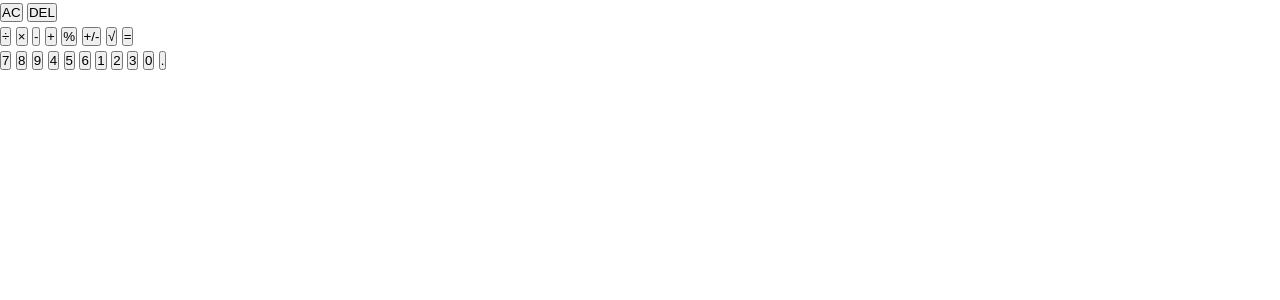
Repository: MikkyPrestige/js-calculator
Page: index.html
An editor plug-in stored every save of this project. The page is shown before and after the next save, followed by the edit.
The browser window is 1280 px wide. The pictures show the whole page.

Above is the page before, as saved 2023-05-08 00:48:02.

### index.html
<!DOCTYPE html>
<html lang="en">

<head>
  <meta charset="UTF-8">
  <meta http-equiv="X-UA-Compatible" content="IE=edge">
  <meta name="viewport" content="width=device-width, initial-scale=1.0">
  <title>JavaScript Calculator</title>
  <link rel="stylesheet" href="./index.css">
  <!-- <script src="script.js" defer></script> -->
</head>

<body>
  <main>
    <section class="caluculator">
      <div class="output">
        <div class="output--curr"></div>
        <div class="output--prev"></div>
      </div>
      <div class="btns">
        <div class="btn--ctrls">
          <button class="btn btn--clear">AC</button>
          <button class="btn btn--del">DEL</button>
        </div>
        <div class="btn--ops">
          <button class="btn btn--op">÷</button>
          <button class="btn btn--op">×</button>
          <button class="btn btn--op">-</button>
          <button class="btn btn--op">+</button>
          <button class="btn btn--op">%</button>
          <button class="btn btn--op">+/-</button>
          <button class="btn btn--op">√</button>
          <button class="btn btn--op">=</button>
        </div>
        <div class="btn--nums">
          <button class="btn btn--num">7</button>
          <button class="btn btn--num">8</button>
          <button class="btn btn--num">9</button>
          <button class="btn btn--num">4</button>
          <button class="btn btn--num">5</button>
          <button class="btn btn--num">6</button>
          <button class="btn btn--num">1</button>
          <button class="btn btn--num">2</button>
          <button class="btn btn--num">3</button>
          <button class="btn btn--num">0</button>
          <button class="btn btn--num">.</button>
        </div>
      </div>
    </section>
  </main>
</body>

</html>

### index.css
*,
*::before,
*::after {
  box-sizing: border-box;
  margin: 0;
  padding: 0;
}

body {
  font-family: 'Fira Sans', sans-serif;
  font-size: 1rem;
  font-weight: 400;
  line-height: 1.5;
  color: #212529;
  text-align: left;
  background-color: #fff;
}

After the next save:
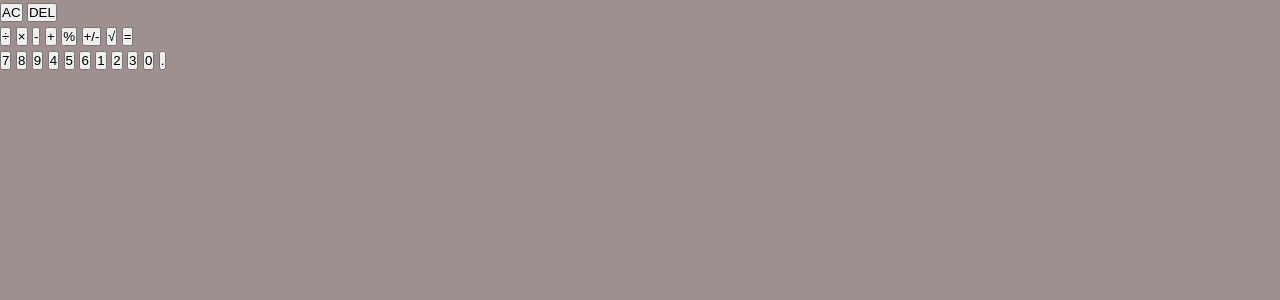
Saved 47 s later.
--- a/index.css
+++ b/index.css
@@ -8,10 +8,9 @@
 
 body {
   font-family: 'Fira Sans', sans-serif;
-  font-size: 1rem;
+  font-size: 16px;
   font-weight: 400;
   line-height: 1.5;
-  color: #212529;
-  text-align: left;
-  background-color: #fff;
+  background: #9F9090;
+  color: #333;
 }
